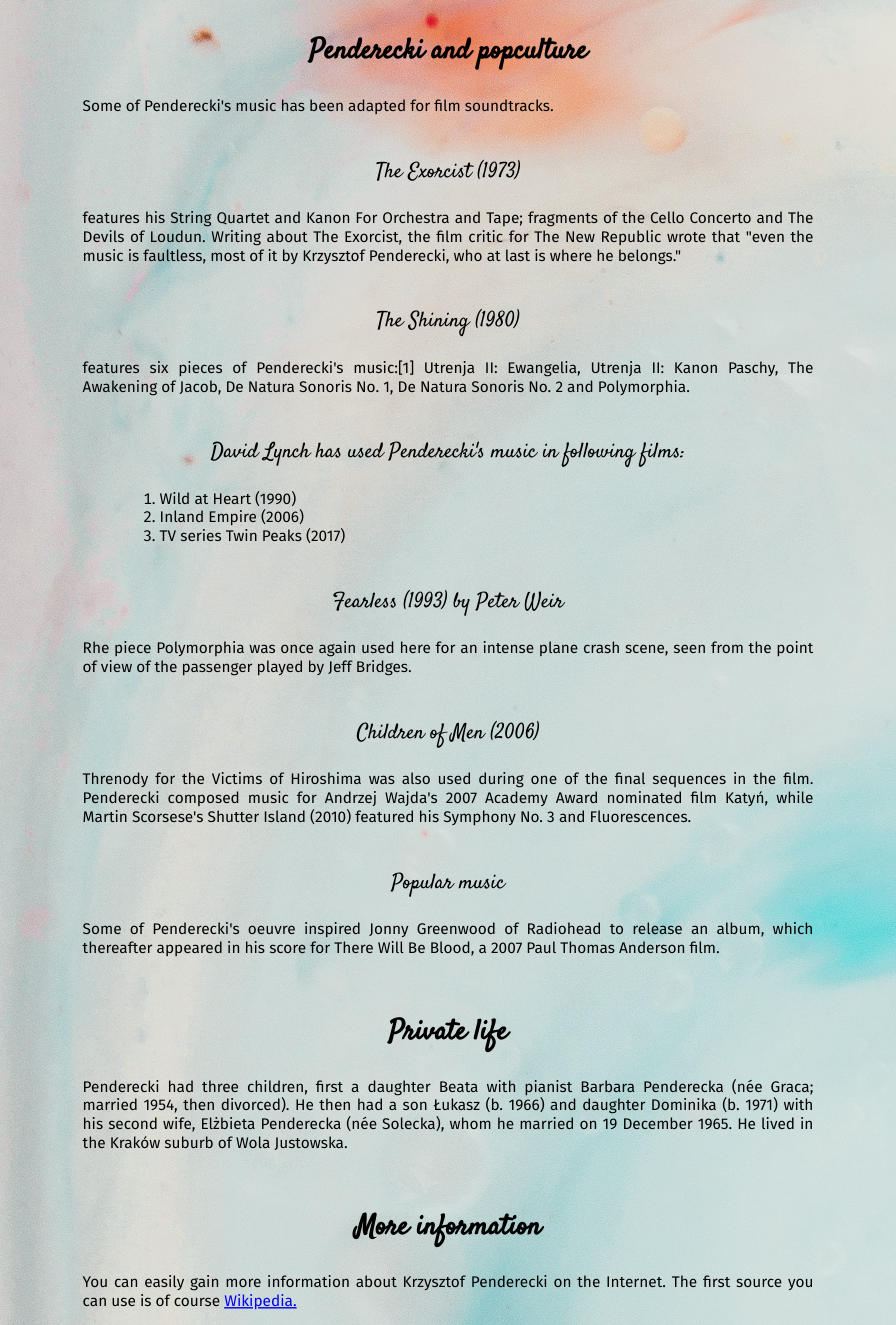
Repository: justynke/tribute_page
Page: index.html
These files come from the project's save history. The page is drawn as it stood at one moment and after the next save; the edit follows.
The browser window is 1280 px wide. The pictures show the part of the page from y = 1596 to 3516 px (the page is 3489 px tall before and 3516 px after), at 70% of full size.

Above is the page before, as saved 2020-04-23 00:40:33.

### index.html
<!DOCTYPE html>
<html lang = "pl-PL">
<head>
    <link href="https://fonts.googleapis.com/css2?family=Satisfy&display=swap" rel="stylesheet">
    <link href="https://fonts.googleapis.com/css2?family=Fira+Sans&display=swap" rel="stylesheet">

    <link rel="stylesheet" type="text/css" href="styles.css">
    <title>Krzysztof Penderecki Tribute Page</title>
</head>
<body>
    <div id = "nav">
        <div id = "edu"">Education</div>
        <div id = "pop">Popculture</div>
        <div id = "priv"><a href = "#private">Private life</a></div>
    </div>
    <h1 id = "title">Welcome to Krzysztof Penderecki Tribute Page</h1>
    <div id = "img-div">
        <figure>
            <img id = "image" src = "images/penderecki_01.jpg" alt = "Krzysztof Penderecki">
            <figcaption>Krzysztof Penderecki, photo: <a href = "http://gazeta.pl">Gazeta.pl</a></figcaption>
        </figure>
    </div>

    <hr>

    <p>
        <b>Krzysztof Eugeniusz Penderecki</b> (Polish: [ˈkʂɨʂtɔf pɛndɛˈrɛt͡skʲi]; 23 November 1933 – 29 March 2020) was a Polish composer and conductor. Among his best known works are Threnody to the Victims of Hiroshima, Symphony No. 3, his St. Luke Passion, Polish Requiem, Anaklasis and Utrenja. Penderecki composed:
        <ul>
            <li>four operas</li>
            <li>eight symphonies and other orchestral pieces</li>
            <li>a variety of instrumental concertos</li>
            <li>choral settings of mainly religious texts</li>
            <li>chamber and instrumental works.</li>
        </ul>
    </p>

    <h2>Education and first works</h2>
    <p>Penderecki studied music at Jagiellonian University and the Academy of Music in Kraków. After graduating from the Academy, he became a teacher there and began his career as a composer in 1959 during the Warsaw Autumn festival. His Threnody to the Victims of Hiroshima for string orchestra and the choral work St. Luke Passion have received popular acclaim. His first opera, The Devils of Loudun, was not immediately successful. Beginning in the mid-1970s, Penderecki's composing style changed, with his first violin concerto focusing on the semitone and the tritone. His choral work Polish Requiem was written in the 1980s and expanded in 1993 and 2005.</p>

    <h2>Awards</h2>
    <p>Penderecki won many prestigious awards, including the Prix Italia in 1967 and 1968; four Grammy Awards in 1987, 1998 (twice), and 2017; the Wolf Prize in Arts in 1987; and the University of Louisville Grawemeyer Award for Music Composition in 1992.[2] In 2012, Sean Michaels of The Guardian called him "arguably Poland's greatest living composer".</p>

<h2>Penderecki and popculture</h2>
<p>Some of Penderecki's music has been adapted for film soundtracks.</p>
    <h3>The Exorcist (1973)</h3>
    <p>features his String Quartet and Kanon For Orchestra and Tape; fragments of the Cello Concerto and The Devils of Loudun. Writing about The Exorcist, the film critic for The New Republic wrote that "even the music is faultless, most of it by Krzysztof Penderecki, who at last is where he belongs."</p>
    <h3>The Shining (1980)</h3>
    <p> features six pieces of Penderecki's music:[1] Utrenja II: Ewangelia, Utrenja II: Kanon Paschy, The Awakening of Jacob, De Natura Sonoris No. 1, De Natura Sonoris No. 2 and Polymorphia.</p>
    <h3>David Lynch has used Penderecki's music in following films:</h3>
    <ol>
        <li>Wild at Heart (1990)</li>
        <li>Inland Empire (2006)</li>
        <li>TV series Twin Peaks (2017)</li>
    </ol>
    <h3>Fearless (1993) by Peter Weir</h3>
    <p>Rhe piece Polymorphia was once again used here for an intense plane crash scene, seen from the point of view of the passenger played by Jeff Bridges. </p>

    <h3>Children of Men (2006)</h3>
     <p>Threnody for the Victims of Hiroshima was also used during one of the final sequences in the film. Penderecki composed music for Andrzej Wajda's 2007 Academy Award nominated film Katyń, while Martin Scorsese's Shutter Island (2010) featured his Symphony No. 3 and Fluorescences.

        <h3>Popular music</h3>
    <p>Some of Penderecki's oeuvre inspired Jonny Greenwood of Radiohead to release an album, which thereafter appeared in his score for There Will Be Blood, a 2007 Paul Thomas Anderson film.</p>

    <h2 id = "private">Private life</h2>
    <p>Penderecki had three children, first a daughter Beata with pianist Barbara Penderecka (née Graca; married 1954, then divorced). He then had a son Łukasz (b. 1966) and daughter Dominika (b. 1971) with his second wife, Elżbieta Penderecka (née Solecka), whom he married on 19 December 1965. He lived in the Kraków suburb of Wola Justowska.</p>

    <h2>More information</h2>
        <p>You can easily gain more information about Krzysztof Penderecki on the Internet. The first source you can use is of course <a href = "https://en.wikipedia.org/wiki/Krzysztof_Penderecki" id = "tribute-link">Wikipedia.</a> </p>



</body>
</html>

### styles.css
body {
    background-image: url(images/background.jpg);
}

h1 {
    text-align: center;
    font-family: Satisfy;
    font-size: 52px;
    margin-bottom: 0.8em;
}

h2 {
    font-family: Satisfy;
    font-size: 40px;
    margin-top: 2em;
    text-align: center;
}

h3 {
    font-family: Satisfy;
    font-size: 30px;
    margin-top: 2em;
    text-align: center;
    font-weight: 250;
}

#img-div {
    display: flex;
    justify-content: space-around;
}

#image {
    height: 30vw;
    width: auto;
    filter: gray; /* IE6-9 */
    -webkit-filter: grayscale(1); /* Google Chrome, Safari 6+ & Opera 15+ */
    filter: grayscale(1);
    border-style: solid;
    border-color: transparent;
    border-radius: 4%;
}


#image:hover {
    filter: grayscale(0);
}

figcaption {
    font-family: 'Fira Sans', sans-serif;;
    text-align: center;
    font-style: italic;
    font-size: small;
    font-weight: 100;
}


hr {
    margin-top: 2em;
    margin-bottom: 2em;
    margin-left: 4em;
    margin-right: 4em;
}

p {
    padding-left: 5em;
    padding-right: 5em;
    font-family: 'Fira Sans', sans-serif;
    font-size: 22px;
    text-align: justify;
}

ul {
    padding-left: 10em;
    font-family: 'Fira Sans', sans-serif;
    font-size: 22px;
}

ol {
    padding-left: 10em;
    font-family: 'Fira Sans', sans-serif;
    font-size: 22px;
}

#nav {
    display: flex;
    align-items: flex-start;
}

#edu {
    background-color: #c7928b;
}

After the next save:
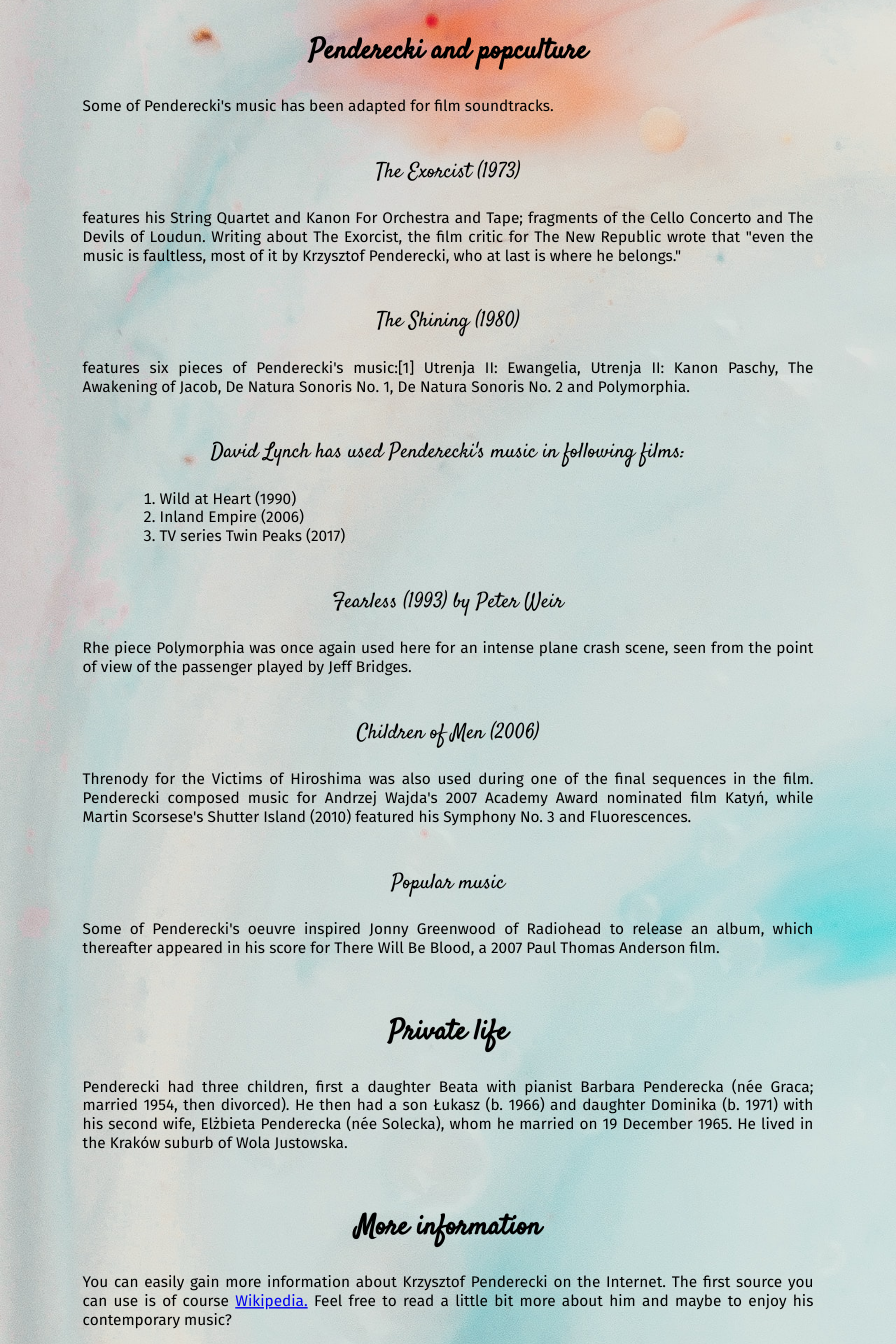
Saved 25 s later.
--- a/index.html
+++ b/index.html
@@ -65,7 +65,7 @@
     <p>Penderecki had three children, first a daughter Beata with pianist Barbara Penderecka (née Graca; married 1954, then divorced). He then had a son Łukasz (b. 1966) and daughter Dominika (b. 1971) with his second wife, Elżbieta Penderecka (née Solecka), whom he married on 19 December 1965. He lived in the Kraków suburb of Wola Justowska.</p>
 
     <h2>More information</h2>
-        <p>You can easily gain more information about Krzysztof Penderecki on the Internet. The first source you can use is of course <a href = "https://en.wikipedia.org/wiki/Krzysztof_Penderecki" id = "tribute-link">Wikipedia.</a> </p>
+        <p>You can easily gain more information about Krzysztof Penderecki on the Internet. The first source you can use is of course <a href = "https://en.wikipedia.org/wiki/Krzysztof_Penderecki" id = "tribute-link">Wikipedia.</a> Feel free to read a little bit more about him and maybe to enjoy his contemporary music?</p>
 
 
 
